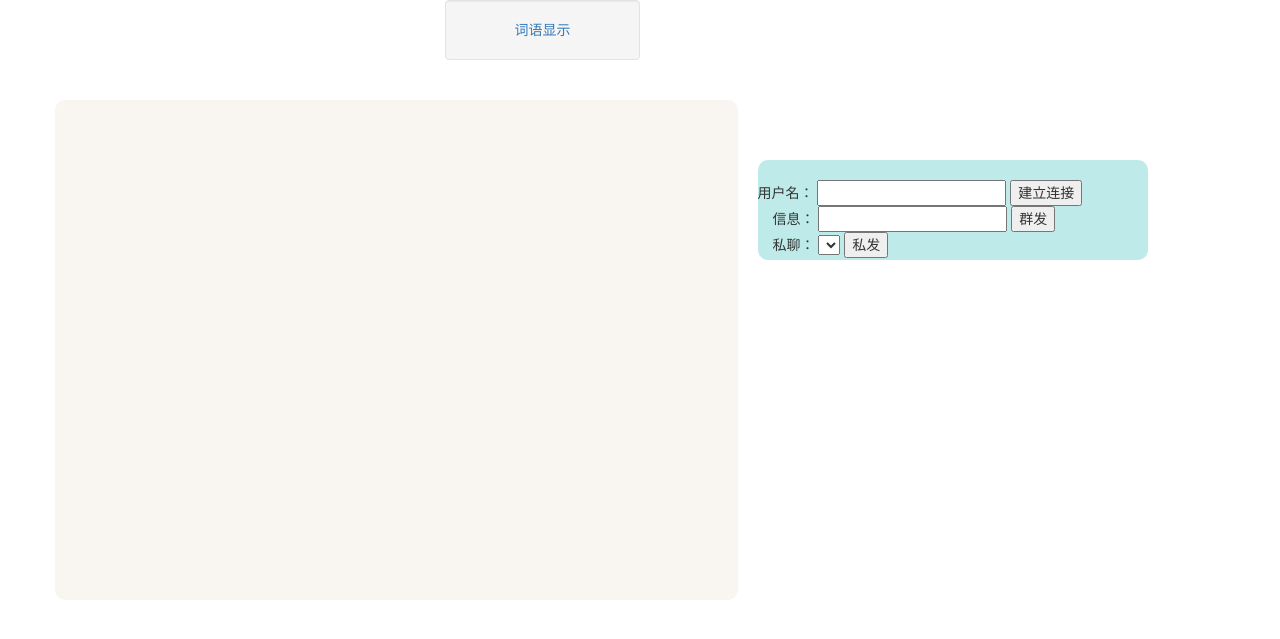
Repository: eheihaha2/whoisthespy-
Page: webDemo/WebContent/room.html
An editor plug-in stored every save of this project. The page is shown before and after the next save, followed by the edit.
The browser window is 1280 px wide. The pictures show the whole page.

Above is the page before, as saved 2020-02-26 01:57:49.

### webDemo/WebContent/room.html
<!DOCTYPE html>
<html>
<head>
	<script type="text/javascript" src="js/jquery-1.11.0.min.js"></script>
<script type="text/javascript" src="js/bootstrap.js"></script>
<link rel="stylesheet" href="css/bootstrap.css">
<style type="text/css">
	.show{
			margin-right:0;
			background-color:#f9f6f2;
			height: 500px;
			margin-top:20px;
			border-radius: 10px;
		}
		.mss{
			padding-top:20px;
			background-color:#beebe9;
			height:100px;
			margin-left:20px;;
			margin-top:80px;
			border-radius: 10px;
		}
}
</style>
	<title></title>
</head>
<body>
	<div class="container">
	<div class="row">
		<div class="well text-center text-primary col-md-2 	col-sm-2 col-md-offset-4">词语显示</div>
	</div>
		<div class="row">
			<div class="col-md-7 col-sm-7 show">
				<div class="info">
				<span class="name"></span>
				<span class="msg"></span>
				</div>
      			<h4 class="userinfo"></h4>
     		</div>
     		<div class="col-md-4 col-sm-4 mss">
     			<div class="row">
				<span>用户名：</span>
      			<input type="text" name="username"/>
     			<button id="connBtn">建立连接</button><br />
     			</div>
			<span>信息：</span>
     		<input type="text" name="info"/>
      		<button id="subBtnAll">群发</button><br />
			<span>私聊：</span>
     		<select id="userList">
			</select>
			<button id="subBtn">私发</button>
			</div>
		</div>
	</div>
</body>
<script type="text/javascript">
	var ws=null;
	var username=null;
	var url="ws://localhost:8080/webDemo/chatRoom/";
		// 后续的消息添加都是用其做二次克隆
      	var info = $(".info").clone();
		//点击建立连接的按钮
      	$("#connBtn").on("click",function(){
      		if("WebSocket" in window){
      			username = $("input[name='username']").val();
      			ws = new WebSocket(url+username);
      			//有了webSocket连接对象之后，我就开始监听消息
      			//服务器端的所有消息都会来到这
      			ws.onmessage = function(evt){
      				var received_msg = evt.data;
      				var jsonReceive_msg = JSON.parse(received_msg);
      				var head = jsonReceive_msg.head;//获得服务器数据，解析数据获得数据类型
      				var data =jsonReceive_msg.data;//真正的data所在
      				switch (head) {
      					case "sendAll":
      					sendAll(data);
      						break;
      					case "sendTo":
      					sendTo(data);
      						break;
      					case "onLine":
      					onLine(data);
      						break;
      					case "userList":
      					userList(data);
      						break;
      					default:
      						break;
      				}
      			}
      		}else{
      			alert("您的浏览器不支持 WebSocket!");
      		}
      	})

      	//细节定义每种功能的数据接口
      	//构建JSON格式发送给服务器：{from:来自谁,msg:消息本身}
      	function sendAll(data){
      		var infoDiv = info.clone();//这个就是我要渲染的dom节点
      		//用于把从服务器端获得的JSON字符串的data解析为原生JS值
      		//var jsonData=JSON.parse(data);
      		infoDiv.find(".name").text("来自于："+data.from+"(群发)");
      		infoDiv.find(".msg").text(data.msg);
      		$(".info").parent().append(infoDiv);
      	}
      	// 构建JSON格式发送给服务器：{from:来自谁,msg:消息本身}
      	function sendTo(data){
      		var infoDiv = info.clone();//这个就是我要渲染的dom节点
      		infoDiv.find(".name").text("来自于："+data.from+"(私发)");
      		infoDiv.find(".msg").text(data.msg);
      		$(".info").parent().append(infoDiv);
      	}
      	// 构建JSON格式发送给服务器：{name:上线人姓名}
      	function onLine(data){
      	//$(".userinfo").empty();
      	console.log(data);
      	$(".userinfo").append("【"+data.name+"上线了】");
      	}
      	// 构建JSON格式发送给服务器：[用户1,用户2]
      	function userList(data){
      		$("#userList").empty();
      		var jsonData=JSON.parse(data);
      		$("#userList").append("<option>请选择</option>");
      		$.each(jsonData,function(index,item){
      			$("#userList").append("<option value="+item+">"+item+"</option>");
      		})
      	}

      	//点击群发按钮
      	$("#subBtnAll").on("click",function(){
      		//var sentName = $("input[name='username']").val();
      		var msg = $("input[name='info']").val();
      		console.log(msg);
      		var jsonMsg={
      			"head":"sendAll",
      			"data":msg
      			//"from":sentName,
      			//"msg":msg
      		}
      		console.log(jsonMsg);
      		//var subAllEnd =JSON.stringify(jsonMsg);
      		ws.send(JSON.stringify(jsonMsg));
      	})
      	//点击私发按钮
      	$("#subBtn").on("click",function(){
      		var msg=$("input[name=info]").val();
      		var toUser=$("#userList").val();
      		console.log(toUser);
      		var jsonMsg={
      			"head":"sendTo",
      			"data":{
      				"to":toUser,
      				"msg":msg
      			}
      		}
      		console.log(jsonMsg);
      		ws.send(JSON.stringify(jsonMsg));
      	})
</script>
</html>

Loaded but not shown: webDemo/WebContent/js/jquery-1.11.0.min.js (library); webDemo/WebContent/js/bootstrap.js (library); webDemo/WebContent/css/bootstrap.css (library)

After the next save:
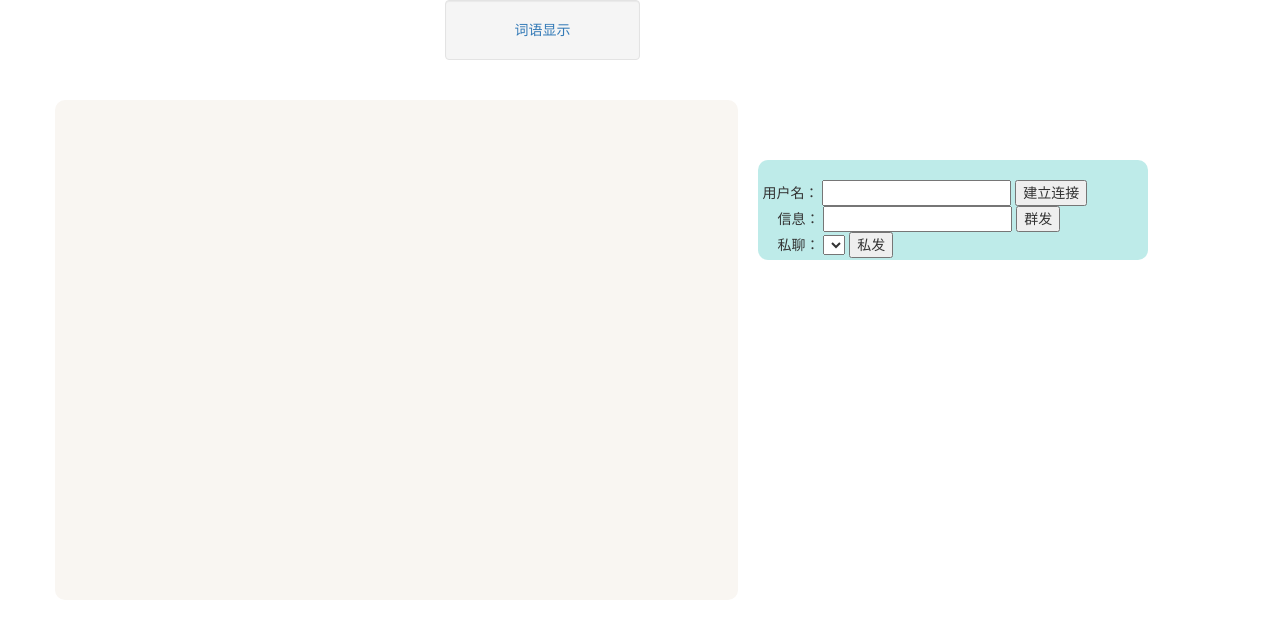
Saved 12 s later.
--- a/webDemo/WebContent/room.html
+++ b/webDemo/WebContent/room.html
@@ -13,7 +13,7 @@
 			border-radius: 10px;
 		}
 		.mss{
-			padding-top:20px;
+			padding:20px;
 			background-color:#beebe9;
 			height:100px;
 			margin-left:20px;;
